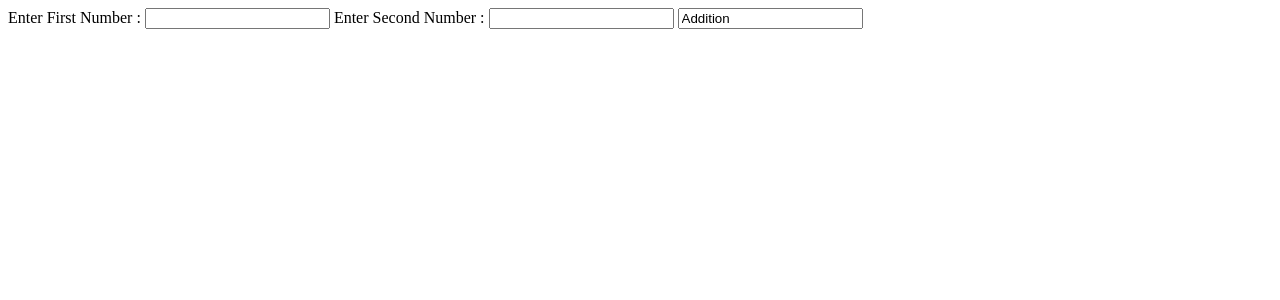
Repository: shzkhar/ISM_ADV_JAVA_23
Page: ServletCalculator/src/main/webapp/calci.html
These files come from the project's save history. The page is drawn as it stood at one moment and after the next save; the edit follows.
The browser window is 1280 px wide. The pictures show the whole page.

Above is the page before, as saved 2023-03-28 10:42:08.

### ServletCalculator/src/main/webapp/calci.html
<!DOCTYPE html>
<html>
<head>
<meta charset="UTF-8">
<title>Insert title here</title>
</head>
<body>
     <form action="calci" method="post">
          Enter First Number : <input type="number" name="firstNumber"/>
          Enter Second Number : <input type="number" name="secondNumber" />

          <input name="Submit" value="Addition">


     </form>
</body>
</html>

After the next save:
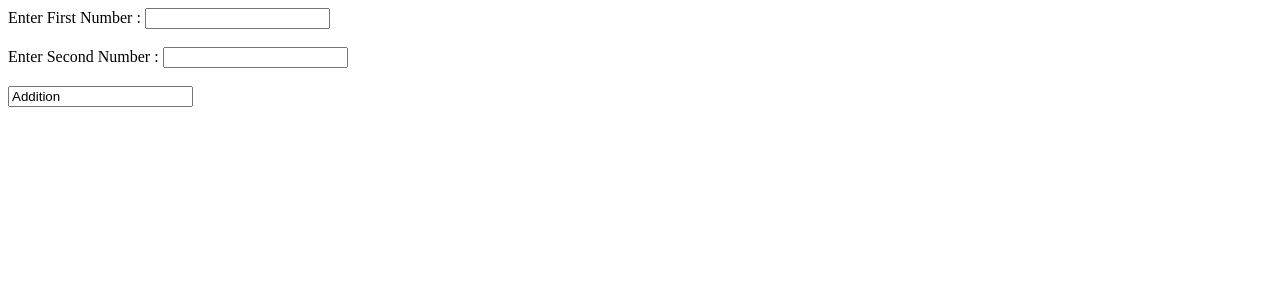
Saved 2 min 4 s later.
--- a/ServletCalculator/src/main/webapp/calci.html
+++ b/ServletCalculator/src/main/webapp/calci.html
@@ -6,8 +6,8 @@
 </head>
 <body>
      <form action="calci" method="post">
-          Enter First Number : <input type="number" name="firstNumber"/>
-          Enter Second Number : <input type="number" name="secondNumber" />
+          Enter First Number : <input type="number" name="firstNumber"/><br><br>
+          Enter Second Number : <input type="number" name="secondNumber" /><br><br>
 
           <input name="Submit" value="Addition">
 
